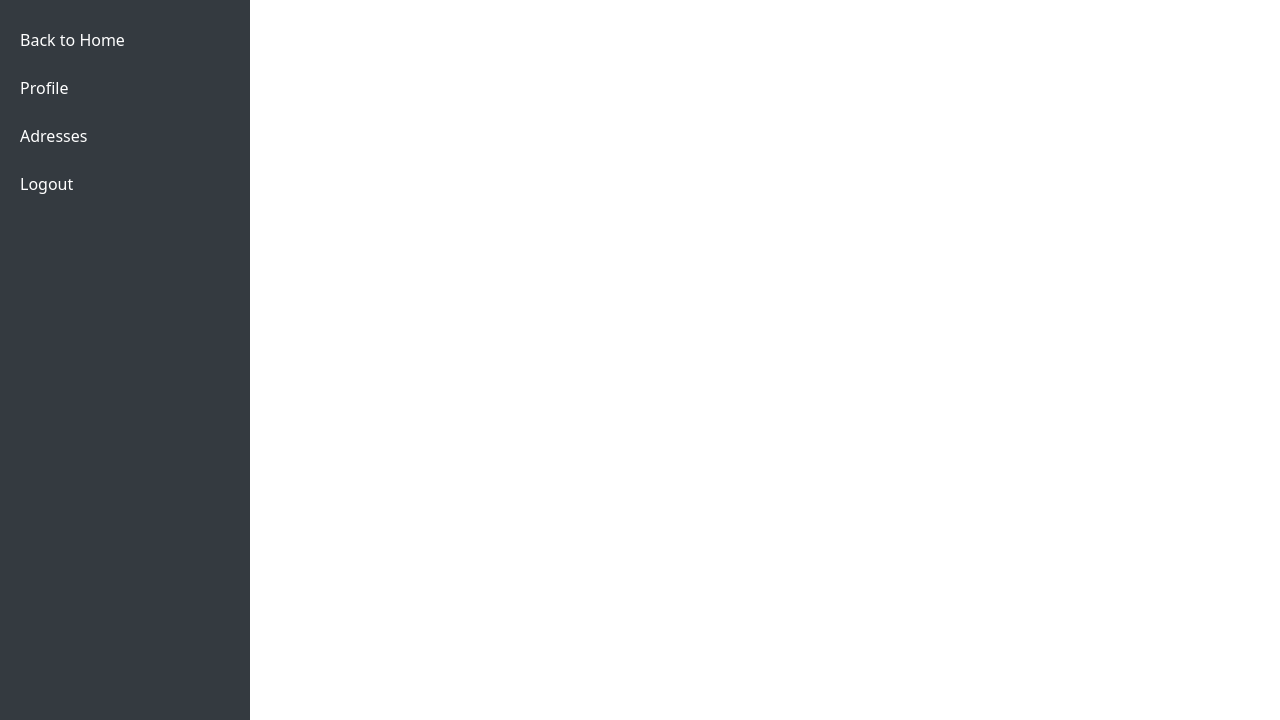
Repository: Darkrepo23/Ecommerce-Manalastas-project
Page: adress.html
The author's editor kept a copy of each file at every save. The page is drawn from the files as they stood at one save, then again after the next save.
The browser window is 1280 px wide. The pictures show the whole page.

Above is the page before, as saved 2026-01-06 07:10:13.

After the next save:
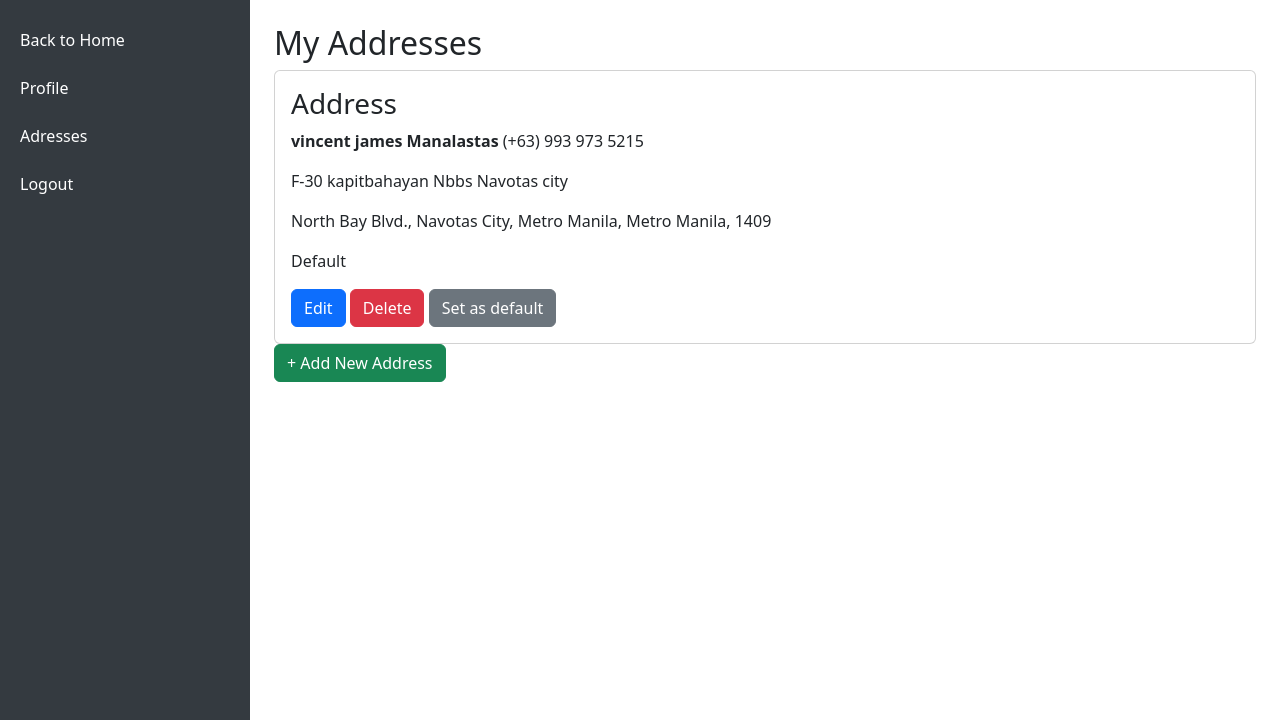
Saved 3 min 45 s later.
--- a/adress.html
+++ b/adress.html
@@ -76,7 +76,22 @@
 
     <!-- MAIN CONTENT -->
     <div class="content p-4">
-
+        <div>
+  <h2>My Addresses</h2>
+  <div class="card">
+    <div class="card-body">
+      <h3 class="card-title">Address</h3>
+      <p class="card-text"><strong>vincent james Manalastas</strong> (+63) 993 973 5215</p>
+      <p class="card-text">F-30 kapitbahayan Nbbs Navotas city</p>
+      <p class="card-text">North Bay Blvd., Navotas City, Metro Manila, Metro Manila, 1409</p>
+      <p class="card-text">Default</p>
+      <button class="btn btn-primary">Edit</button>
+      <button class="btn btn-danger">Delete</button>
+      <button class="btn btn-secondary">Set as default</button>
+    </div>
+  </div>
+  <button class="btn btn-success">+ Add New Address</button>
+</div>
     </div>
 
     <!-- Bootstrap JS -->
